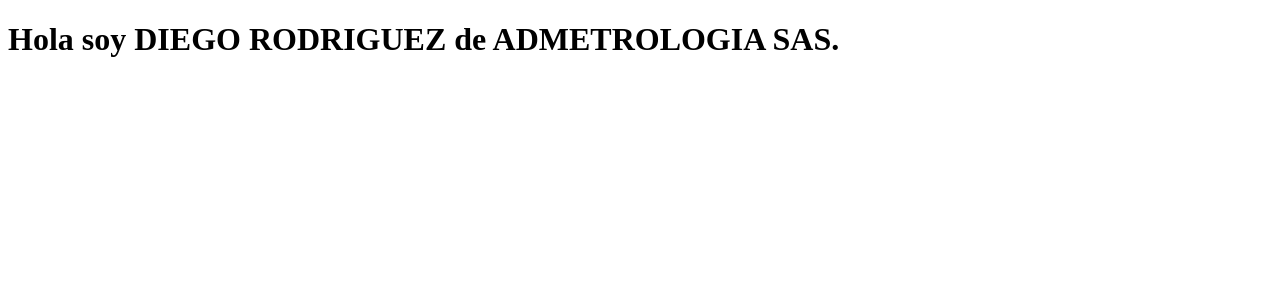
Repository: diefero/Web
Page: web.html
These files come from the project's save history. The page is drawn as it stood at one moment and after the next save; the edit follows.
The browser window is 1280 px wide. The pictures show the whole page.

Above is the page before, as saved 2023-07-11 02:16:43.

After the next save:
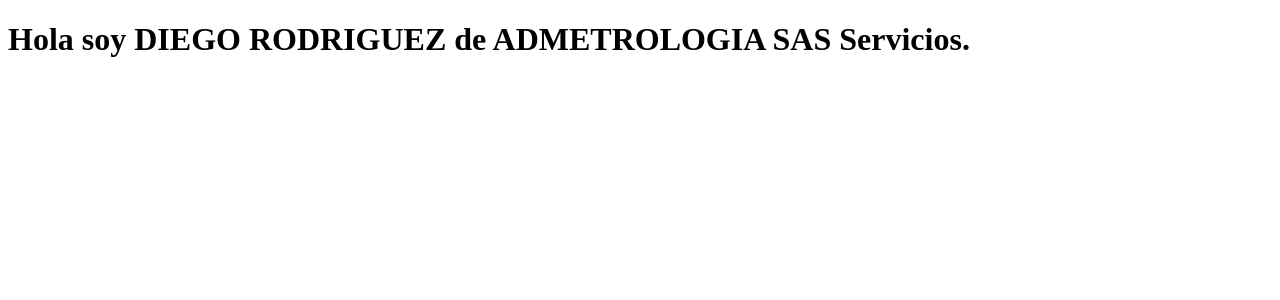
Saved 16 min 16 s later.
--- a/web.html
+++ b/web.html
@@ -6,7 +6,7 @@
     <body>
         <div>
             <h1>
-                Hola soy DIEGO RODRIGUEZ de ADMETROLOGIA SAS.
+                Hola soy DIEGO RODRIGUEZ de ADMETROLOGIA SAS Servicios.
             </h1>
         </div>
     </body>
